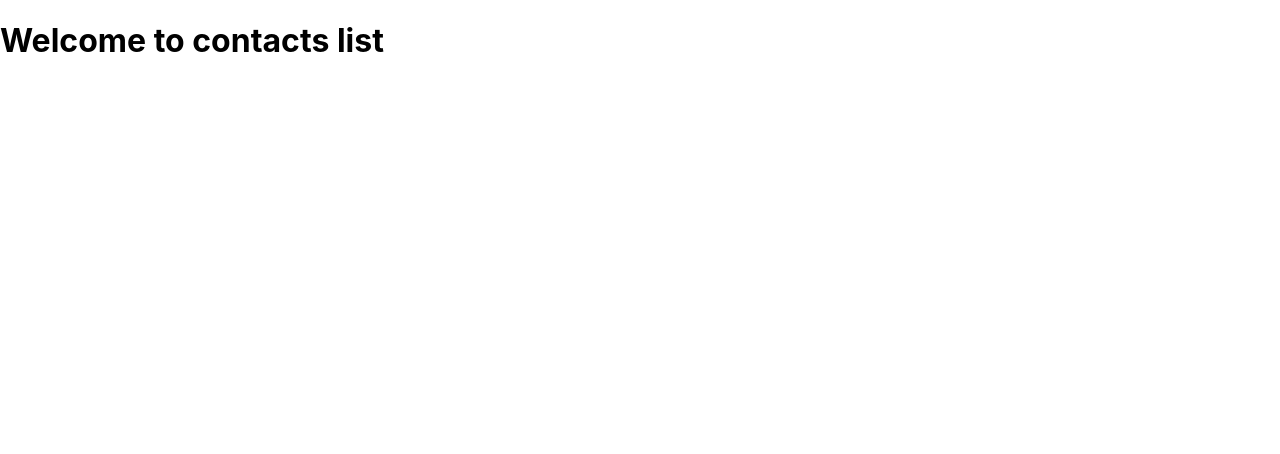
Repository: emorilebo/next-linkedin-training
Page: /contact
An editor plug-in stored every save of this project. The page is shown before and after the next save, followed by the edit.
The browser window is 1280 px wide. The pictures show the whole page.
The project was rebuilt for these pictures with package versions that can differ from the ones it lists, and the page was loaded fresh each time. The framework's server and built-in components were replaced by stand-ins that run in the browser. Also part of the build but not shown: next.config.js.

Above is the page before, as saved 2022-12-26 07:50:32.

After the next save:
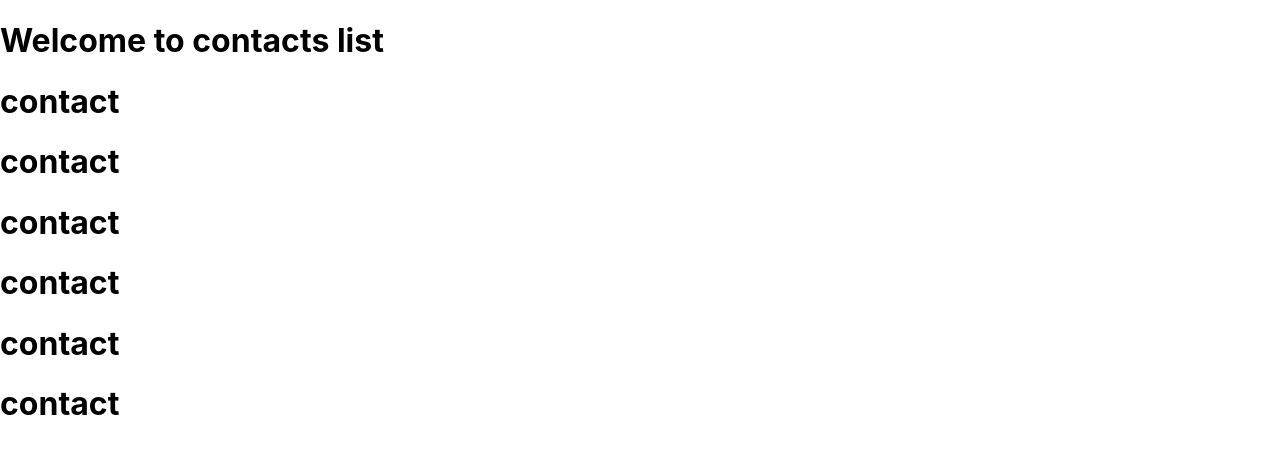
Saved 4 s later.
--- a/pages/contact/index.js
+++ b/pages/contact/index.js
@@ -6,7 +6,7 @@ export default function ContactsList() {
   return <div>
     <h1>Welcome to contacts list</h1>
     <div>{contacts.map(contact =>(
-        <h1></h1>
+        <h1>contact</h1>
     ))}</div>
   </div>;
 }
